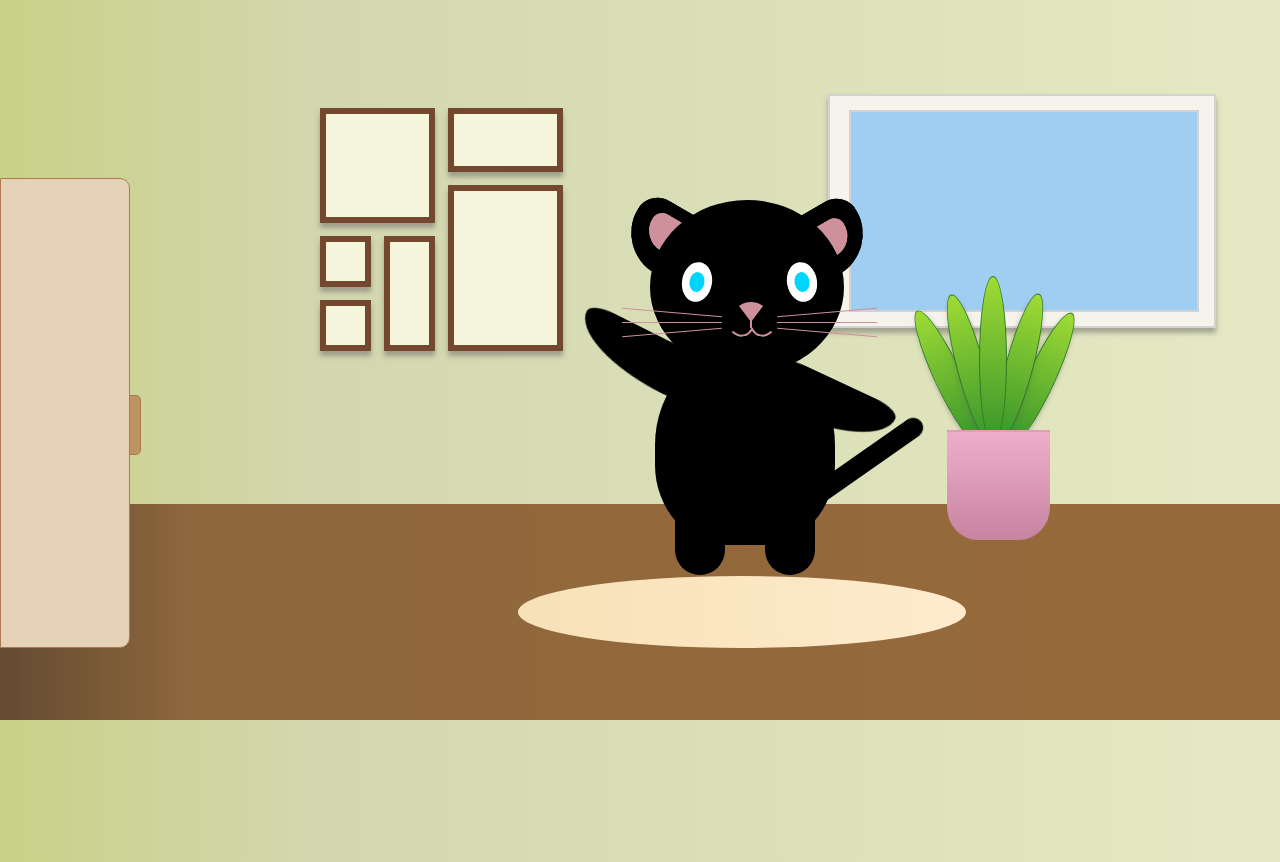
Repository: SandyLy453/COMP-2170-team-project
Page: index.html
An editor plug-in stored every save of this project. The page is shown before and after the next save, followed by the edit.
The browser window is 1280 px wide. The pictures show the whole page.

Above is the page before, as saved 2024-05-03 14:28:33.

### index.html
<!DOCTYPE html>
<html lang="en">
<head>
    <meta charset="UTF-8">
    <meta name="viewport" content="width=device-width, initial-scale=1.0">
    <title>Team Project: Doll Dress-Up Game</title>
    <link rel="stylesheet" href="styles.css" />
</head>
<body>
    <main class="main-area">
        <div class="background">
            <div class="floor"></div>
            <div class="closet">
                <div class="openner"></div>
            </div>
            <div class="carpet"></div>
            <div class="window">
                <div class="outside"></div>
            </div>
            <div class="plantPot">
                <div class="leaves">
                    <div class="plant"></div>
                    <div class="plant-left-one"></div>
                    <div class="plant-right-one"></div>
                    <div class="plant-left-two"></div>
                    <div class="plant-right-two"></div>
                </div>
                <div class="pot"></div>
            </div>
            <div class="picturesCombo">
                <div class="pictures-one">
                    <div class="pic-one"></div>
                </div>
                <div class="pictures-two">
                    <div class="pic-two"></div>
                </div>
                <div class="pictures-three">
                    <div class="pic-three"></div>
                </div>
                <div class="pictures-four">
                    <div class="pic-four"></div>
                </div>
                <div class="pictures-five">
                    <div class="pic-five"></div>
                </div>
                <div class="pictures-six">
                    <div class="pic-six"></div>
                </div>
            </div>
        </div>

        <div class="character">
            <div class="cat">
                <div class="cat-head">
                    <div class="ears">

                        <div class="left-ear">
                            <div class="left-inner-ear">
                            </div>
                        </div>

                        <div class="right-ear">
                            <div class="right-inner-ear">
                            </div>
                        </div>
                    </div>

                    <div class="cat-eyes">
                        <div class="left-eye">
                            <div class="left-inner-eye">
                            </div>
                        </div>
                        <div class="right-eye">
                            <div class="right-inner-eye">
                            </div>
                        </div>
                    </div>

                    <div class="cat-nose"></div>

                    <div class="cat-mouth">
                        <div class="middle-line"></div>
                        <div class="left-line"></div>
                        <div class="right-line"></div>
                    </div>

                    <div class="cat-whiskers-left">
                        <div class="whisker-left-top"></div>
                        <div class="whisker-left-middle"></div>
                        <div class="whisker-left-bottom"></div>
                    </div>
                    <div class="cat-whiskers-right">
                        <div class="whisker-right-top"></div>
                        <div class="whisker-right-middle"></div>
                        <div class="whisker-right-bottom"></div>
                    </div>
                </div>

                <div class="cat-body">
                    <div class="arm left-arm"></div>
                    <div class="arm right-arm"></div>
                    <div class="foot left-foot"></div>
                    <div class="foot right-foot"></div>
                    <div class="tail"></div>
                </div>
            </div>
        </div>
    </main>
    <script src="script.js"></script>
</body>
</html>

### styles.css
body {
    margin: 0;
    width: 100vw;
    height: 100vh;
    background: linear-gradient(90deg, rgba(201,209,134,1) 0%, rgba(211,215,174,1) 24%, rgba(230,234,196,1) 100%);
}

/* Background styling */

.background {
    z-index: -100;
}

.floor {
    position: absolute;
    bottom: 0;
    width: 100vw;
    height: 30vh;
    background: linear-gradient(90deg, rgba(102,77,50,1) 1%, rgb(142, 103, 61) 15%, rgba(151,106,58,1) 100%);
    z-index: -2;
}

.closet {
    position: absolute;
    bottom: 10vh;
    left: 0;
    width: 10vw;
    height: 65vh;
    background-color: rgb(229, 209, 184);
    border-radius: 0 10px 10px 0;
    border: 1px solid rgb(175, 122, 75);
}

.openner {
    position: relative;
    width: 0.75vw;
    height: 8vh;
    left: 10vw;
    bottom: -30vh;
    background-color: rgb(189, 147, 97);
    border: 1px solid rgb(175, 122, 75);
    border-radius: 0 5px 5px 0;
}

.carpet {
    width: 35vw;
    height: 10vh;
    border-radius: 50%;
    background: linear-gradient(90deg, rgba(247,225,183,1) 0%, rgba(255,235,205,1) 100%);
    position: absolute;
    bottom: 10vh;
    right: 24.5vw;
}

.window {
    width: 30vw;
    height: 32vh;
    background-color: rgb(246, 243, 237);
    position: absolute;
    right: 5vw;
    top: 13vh;
    border: 2px solid rgb(210, 210, 210);
    box-shadow: 0 5px 5px rgba(100, 100, 100, 0.5);
    z-index: -10;
}

.outside {
    width: 27vw;
    height: 27.5vh;
    background-color: rgb(160, 206, 242);
    position: relative;
    left: 1.5vw;
    top: 2vh;
    border: 2px solid rgb(210, 210, 210)
}

.plantPot {
    position: absolute;
    right: 18vw;
    bottom: 25vh;
}

.pot {
    width: 8vw;
    height: 15vh;
    background: linear-gradient(180deg, rgba(238,174,202,1) 0%, rgba(199,132,161,1) 100%);
    border-bottom-left-radius: 30%;
    border-bottom-right-radius: 30%;
    border-top: 2px solid rgb(224, 156, 186);
    z-index: 2;
}

.leaves {
    position: relative;
    top: 60vh;
    left: 0.5vw;
}

.plant {
    height: 23vh;
    width: 2vw;
    background: linear-gradient(0deg, rgba(55,148,42,1) 0%, rgba(159,219,53,1) 100%);
    z-index: -1;
    position: relative;
    top: 25vh;
    left: 2vw;
    border-radius: 100%;
    border: 1px solid rgb(47, 124, 37);
}

.plant-left-one {
    height: 21vh;
    width: 2vw;
    background: linear-gradient(0deg, rgba(55,148,42,1) 0%, rgba(159,219,53,1) 100%);
    z-index: -2;
    position: relative;
    top: 4vh;
    left: 0.25vw;
    border-radius: 100%;
    border: 1px solid rgb(47, 124, 37);
    transform: rotate(-15deg);
    box-shadow: 0 5px 5px rgba(100, 100, 100, 0.5);
}

.plant-right-one {
    height: 21vh;
    width: 2vw;
    background: linear-gradient(0deg, rgba(55,148,42,1) 0%, rgba(159,219,53,1) 100%);
    z-index: -3;
    position: relative;
    top: -17.5vh;
    left: 4vw;
    border-radius: 100%;
    border: 1px solid rgb(47, 124, 37);
    transform: rotate(15deg);
    box-shadow: 0 5px 5px rgba(100, 100, 100, 0.5);
}

.plant-left-two {
    height: 20vh;
    width: 2vw;
    background: linear-gradient(0deg, rgba(55,148,42,1) 0%, rgba(159,219,53,1) 100%);
    z-index: -4;
    position: relative;
    top: -37vh;
    left: -1.5vw;
    border-radius: 100%;
    border: 1px solid rgb(47, 124, 37);
    transform: rotate(-25deg);
    box-shadow: 0 5px 5px rgba(100, 100, 100, 0.5);
}

.plant-right-two {
    height: 20vh;
    width: 2vw;
    background: linear-gradient(0deg, rgba(55,148,42,1) 0%, rgba(159,219,53,1) 100%);
    z-index: -5;
    position: relative;
    top: -57vh;
    left: 5.75vw;
    border-radius: 100%;
    border: 1px solid rgb(47, 124, 37);
    transform: rotate(25deg);
    box-shadow: 0 5px 5px rgba(100, 100, 100, 0.5);
}

.picturesCombo {
    position: absolute;
    left: 25vw;
    top: 15vh;
    z-index: -10;
}

.pictures-one {
    position: relative;
    width: 9vw;
    height: 9vw;
    background-color: rgb(115, 72, 47);
    box-shadow: 0 5px 5px rgba(100, 100, 100, 0.5);
}

.pictures-two {
    position: relative;
    top: 1vw;
    width: 4vw;
    height: 4vw;
    background-color: rgb(115, 72, 47);
    box-shadow: 0 5px 5px rgba(100, 100, 100, 0.5);
}

.pictures-three {
    position: relative;
    top: 2vw;
    width: 4vw;
    height: 4vw;
    background-color: rgb(115, 72, 47);
    box-shadow: 0 5px 5px rgba(100, 100, 100, 0.5);
}

.pictures-four {
    position: relative;
    top: -7vw;
    left: 5vw;
    width: 4vw;
    height: 9vw;
    background-color: rgb(115, 72, 47);
    box-shadow: 0 5px 5px rgba(100, 100, 100, 0.5);
}

.pictures-five {
    position: relative;
    top: -26vw;
    left: 10vw;
    width: 9vw;
    height: 5vw;
    background-color: rgb(115, 72, 47);
    box-shadow: 0 5px 5px rgba(100, 100, 100, 0.5);
}

.pictures-six {
    position: relative;
    top: -25vw;
    left: 10vw;
    width: 9vw;
    height: 13vw;
    background-color: rgb(115, 72, 47);
    box-shadow: 0 5px 5px rgba(100, 100, 100, 0.5);
}

.pic-one {
    position: relative;
    width: 8vw;
    height: 8vw;
    background-color: beige;
    top: 0.5vw;
    left: 0.5vw;
}

.pic-two {
    position: relative;
    width: 3vw;
    height: 3vw;
    background-color: beige;
    top: 0.5vw;
    left: 0.5vw;
}

.pic-three {
    position: relative;
    width: 3vw;
    height: 3vw;
    background-color: beige;
    top: 0.5vw;
    left: 0.5vw;
}

.pic-four {
    position: relative;
    width: 3vw;
    height: 8vw;
    background-color: beige;
    top: 0.5vw;
    left: 0.5vw;
}

.pic-five {
    position: relative;
    width: 8vw;
    height: 4vw;
    background-color: beige;
    top: 0.5vw;
    left: 0.5vw;
}

.pic-six {
    position: relative;
    width: 8vw;
    height: 12vw;
    background-color: beige;
    top: 0.5vw;
    left: 0.5vw;
}



/* Cat styling */

.cat-head {
    position: absolute;
    right: 0;
    left: 650px;
    top: 200px;
    bottom: 0;
    background-color: black;
    width: 190px;
    height: 170px;
    border: 2px solid black;
    border-radius: 50%;
}

.left-ear {
    position: absolute;
    z-index: -1;
    top: 0;
    left: -25px;
    border-top-left-radius: 80px;
    border-top-right-radius: 40px;
    transform: rotate(-60deg);
    border-left: 35px solid black;
    border-right: 35px solid black;
    border-bottom: 70px solid black;
}

.right-ear {
    position: absolute;
    z-index: -1;
    top: 1px;
    left: 145px;
    border-top-left-radius: 40px;
    border-top-right-radius: 80px;
    transform: rotate(60deg);
    border-left: 35px solid black;
    border-right: 35px solid black;
    border-bottom: 70px solid black;
}

.left-inner-ear {
    position: absolute;
    top: 0;
    left: -30px;
    transform: scale(0.5);
    border-top-left-radius: 80px;
    border-top-right-radius: 40px;
    border-bottom-right-radius: 40%;
    border-bottom-left-radius: 40%;
    border-left: 35px solid rgb(206, 144, 154);
    border-right: 35px solid rgb(206, 144, 154);
    border-bottom: 70px solid rgb(206, 144, 154);
}

.right-inner-ear {
    position: absolute;
    top: 0px;
    left: -35px;
    transform: scale(0.5);
    border-top-left-radius: 40px;
    border-top-right-radius: 80px;
    border-bottom-right-radius: 40%;
    border-bottom-left-radius: 40%;
    border-left: 35px solid rgb(206, 144, 154);
    border-right: 35px solid rgb(206, 144, 154);
    border-bottom: 70px solid rgb(206, 144, 154);
}

.left-eye {
    position: absolute;
    top: 60px;
    left: 30px;
    border-radius: 60%;
    transform: rotate(10deg);
    width: 30px;
    height: 40px;
    background-color: white;
}

.right-eye {
    position: absolute;
    top: 60px;
    left: 135px;
    border-radius: 60%;
    transform: rotate(-10deg);
    width: 30px;
    height: 40px;
    background-color: white;
}

.left-inner-eye {
    position: absolute;
    top: 0px;
    left: 0px;
    border-radius: 60%;
    transform: scale(0.5);
    width: 30px;
    height: 40px;
    background-color: rgb(0, 213, 255);
}

.right-inner-eye {
    position: absolute;
    top: 0px;
    left: 0px;
    border-radius: 60%;
    transform: scale(0.5);
    width: 30px;
    height: 40px;
    background-color: rgb(0, 213, 255);
}

.cat-nose {
    position: absolute;
    top: 100px;
    left: 84px;
    border-top-left-radius: 50%;
    border-top-right-radius: 50%;
    border-bottom-right-radius: 50%;
    border-bottom-left-radius: 50%;
    transform: rotate(180deg);
    border-left: 15px solid transparent;
    border-right: 15px solid transparent;
    border-bottom: 20px solid rgb(206, 144, 154);
}

/* .cat-mouth div{
    position: absolute;
    top: 50px;
    width: 30px;
    height: 50px;
    border: 2px solid rgb(206, 144, 154);
    border-radius: 190%/190px;
    border-color: rgb(206, 144, 154) transparent transparent transparent;
} */

.left-line {
    position: absolute;
    top: 81px;
    left: 69.5px;
    width: 30px;
    height: 50px;
    border: 2px solid rgb(206, 144, 154);
    border-radius: 80%;
    transform: rotate(170deg);
    border-color: rgb(206, 144, 154) transparent transparent transparent;
}

.middle-line {
    position: absolute;
    top: 120px;
    left: 94px;
    width: 10px;
    height: 2px;
    background-color: rgb(206, 144, 154);
    transform: rotate(90deg);
}

.right-line {
    position: absolute;
    top: 81px;
    left: 95.5px;
    width: 30px;
    height: 50px;
    border: 2px solid rgb(206, 144, 154);
    border-radius: 80%;
    transform: rotate(190deg);
    border-color: rgb(206, 144, 154) transparent transparent transparent;
}

.whisker-left-top {
    position: absolute;
    top: 110px;
    left: -30px;
    transform: rotate(5deg);
    width: 100px;
    height: 1px;
    background-color: rgb(206, 144, 154);
}

.whisker-left-middle {
    position: absolute;
    top: 120px;
    left: -30px;
    transform: rotate(0deg);
    width: 100px;
    height: 1px;
    background-color: rgb(206, 144, 154);
}

.whisker-left-bottom {
    position: absolute;
    top: 130px;
    left: -30px;
    transform: rotate(-5deg);
    width: 100px;
    height: 1px;
    background-color: rgb(206, 144, 154);
}

.whisker-right-top {
    position: absolute;
    top: 110px;
    left: 125px;
    transform: rotate(-5deg);
    width: 100px;
    height: 1px;
    background-color: rgb(206, 144, 154);
}

.whisker-right-middle {
    position: absolute;
    top: 120px;
    left: 125px;
    transform: rotate(0deg);
    width: 100px;
    height: 1px;
    background-color: rgb(206, 144, 154);
}

.whisker-right-bottom {
    position: absolute;
    top: 130px;
    left: 125px;
    transform: rotate(5deg);
    width: 100px;
    height: 1px;
    background-color: rgb(206, 144, 154);
}

.cat-body {
    position: absolute;
    width: 180px;
    height: 200px;
    border-left: 80px;
    border-right: 80px;
    top: 345px;
    left: 655px;
    background-color: black;
    border-top-left-radius: 100%;
    border-top-right-radius: 100%;
    border-bottom-left-radius: 80%;
    border-bottom-right-radius: 80%;
}

.arm {
    width: 50px;
    height: 130px;
    background-color: black;
    border-radius: 30% 30% 30% 120%;
    z-index: -2;
}

.left-arm {
    position: absolute;
    top: 60px;
    left: 30px;
    transform-origin: top left;
    transform: rotate(110deg) scaleX(-1);
    animation: 3s linear infinite wave;
}

.right-arm {
    position: absolute;
    top: -5px;
    left: 150px;
    transform: rotate(-65deg);
}

.foot {
    background-color: black;
    height: 80px;
    width: 50px;
    border-left: 100px;
    border-right: 100px;
    border-radius: 0 0 50px 50px;
}

.left-foot {
    position: absolute;
    top: 150px;
    left: 20px;
}

.right-foot {
    position: absolute;
    top: 150px;
    left: 110px;
}

.tail {
    position: absolute;
    width: 150px;
    height: 20px;
    border-radius: 0 20px 20px 0;
    background-color: black;
    top: 110px;
    left: 130px;
    transform: rotate(-25deg);
    animation: 5s linear infinite move;
}

@keyframes wave {
    10%, 30%, 50%, 70%, 90% {
      transform: rotate(110deg) scaleX(-1);
    }
    0%, 20%, 40%, 60%, 80%, 100% {
      transform: rotate(130deg) scaleX(-1);
    }
  }

  @keyframes move {
    10%, 30%, 50%, 70%, 90% {
      transform: rotate(-25deg);
    }
    0%, 20%, 40%, 60%, 80%, 100% {
      transform: rotate(-35deg);
    }
  }

### script.js
const shirts = ["shirt1","shirt2","shirt3","shirt4", "shirt5"]

const bottoms = ["bottom1","bottom2","bottom3","bottom4", "bottom5"]

const accessories = ["acc1","acc2","acc3","acc4", "acc5"]

After the next save:
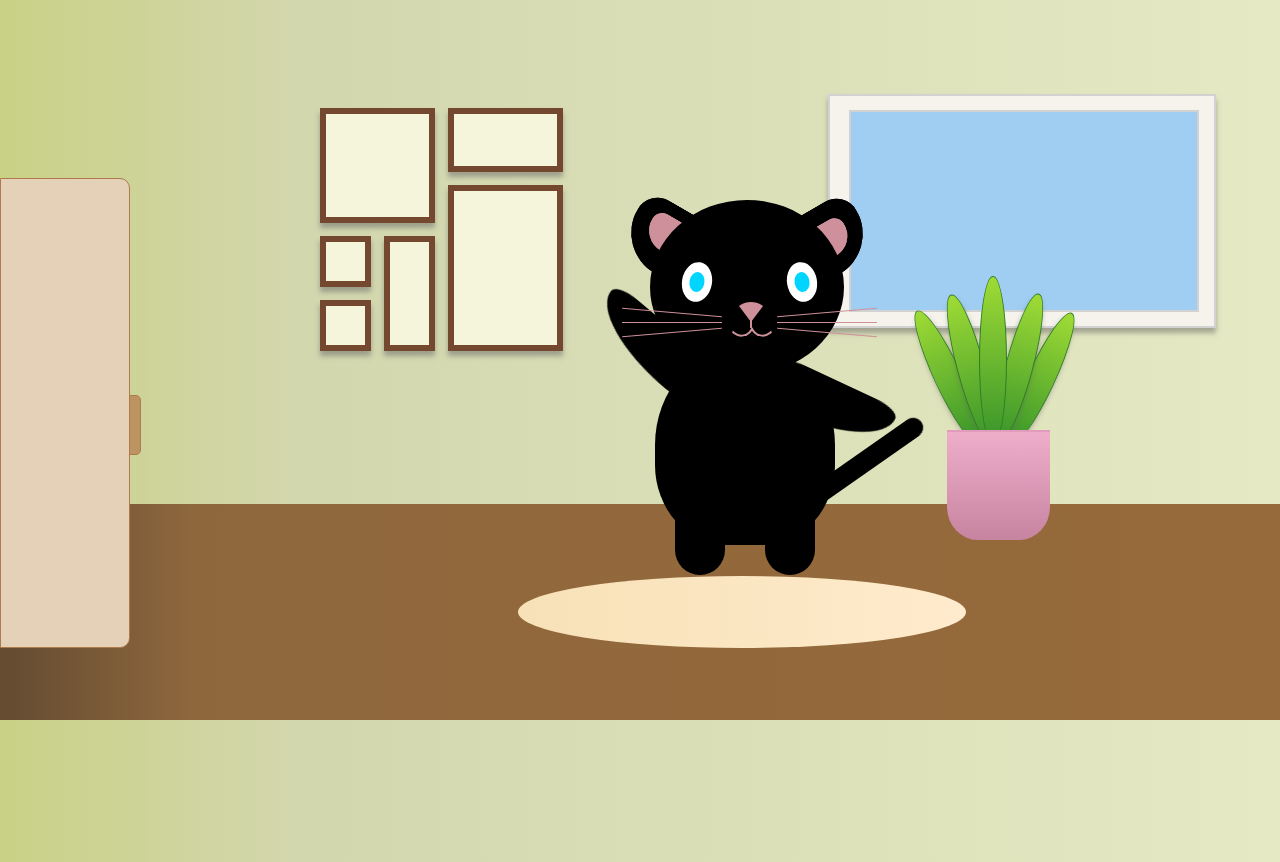
Saved 10 s later.
--- a/styles.css
+++ b/styles.css
@@ -543,7 +543,7 @@ body {
     left: 30px;
     transform-origin: top left;
     transform: rotate(110deg) scaleX(-1);
-    animation: 3s linear infinite wave;
+    animation: 5s linear infinite wave;
 }
 
 .right-arm {
